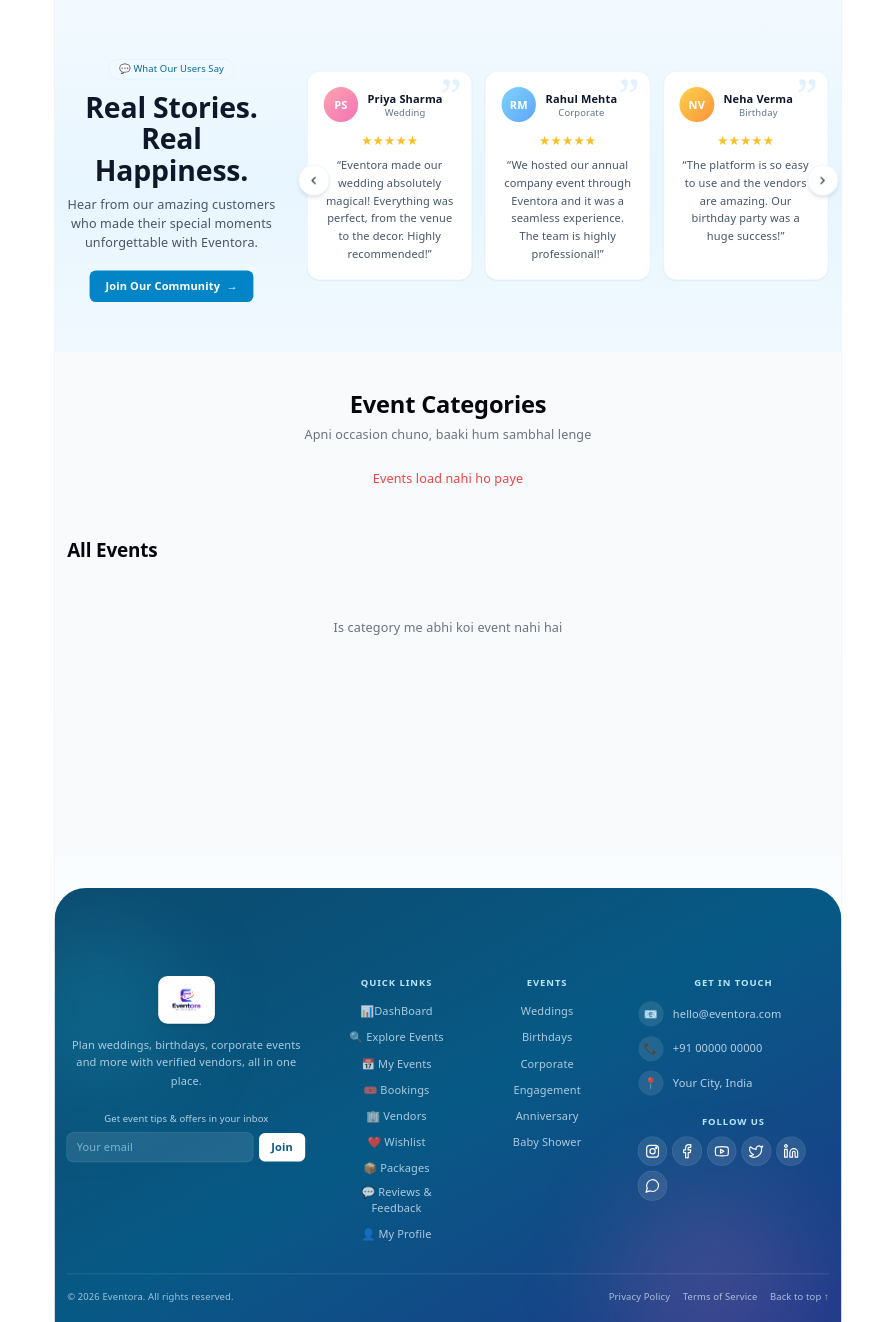
Repository: piyush-2416/Events_Handler
Page: / (app in frontend/)
An editor plug-in stored every save of this project. The page is shown before and after the next save, followed by the edit.
The browser window is 1280 px wide. The pictures show the part of the page from y = 2519 to 4439 px (the page is 4407 px tall before and 4439 px after), at 70% of full size.
The page's requests for data from a server got no answer. Some web libraries are served in a nearby version. The project was rebuilt for these pictures with package versions that can differ from the ones it lists, and the page was loaded fresh each time. No one was signed in, and anything a server would have sent is missing. Also part of the build but not shown: frontend/vite.config.js.

Above is the page before, as saved 2026-10-14 11:00:30.

After the next save:
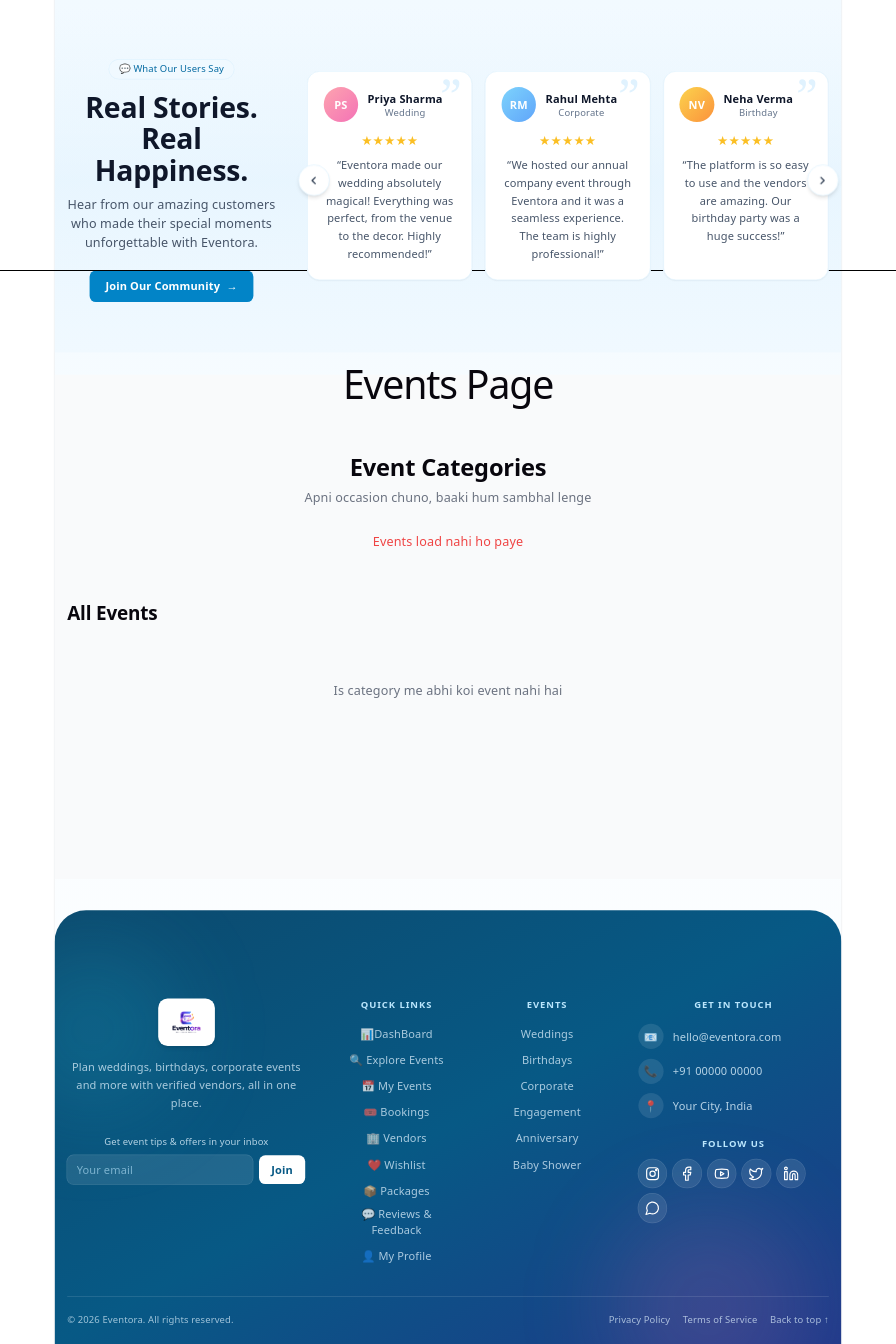
Saved 42 s later.
--- a/frontend/src/Pages/Events.jsx
+++ b/frontend/src/Pages/Events.jsx
@@ -39,6 +39,7 @@
 
   return (
     <div className="bg-gray-50 min-h-screen">
+      <h1>Events Page</h1>
       {/* ================= CATEGORIES SECTION ================= */}
       <section className="mx-auto px-4 py-12 max-w-7xl">
         <h2 className="mb-2 font-bold text-3xl text-center">Event Categories</h2>
